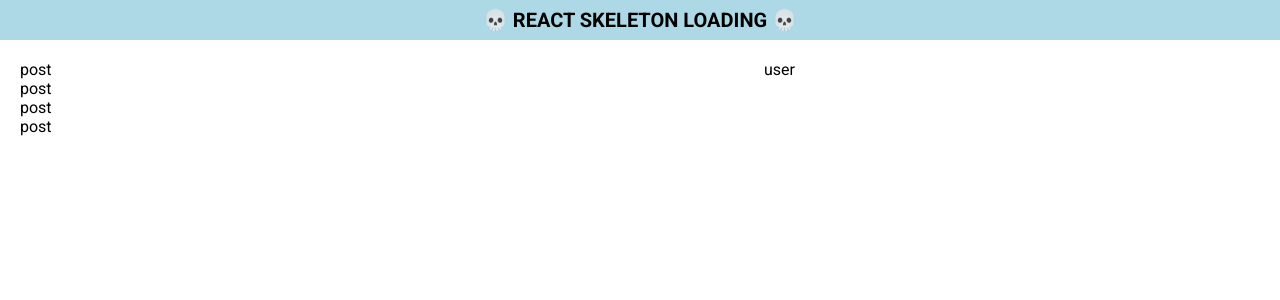
Repository: ethanJones21/React-Skeleton-Loading
Page: /
The author's editor kept a copy of each file at every save. The page is drawn from the files as they stood at one save, then again after the next save.
The browser window is 1280 px wide. The pictures show the whole page.
The project was rebuilt for these pictures with package versions that can differ from the ones it lists, and the page was loaded fresh each time.

Above is the page before, as saved 2020-11-26 02:09:16.

After the next save:
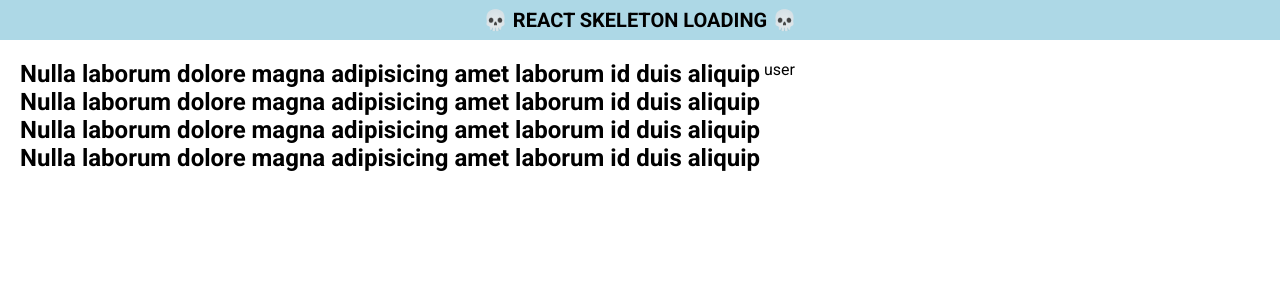
Saved 22 s later.
--- a/src/components/Post.js
+++ b/src/components/Post.js
@@ -4,7 +4,7 @@ import "./Post.css"
 const Post = () => {
     return (
         <div className="post">
-            post
+            <h2>Nulla laborum dolore magna adipisicing amet laborum id duis aliquip</h2>
         </div>
     );
 };
